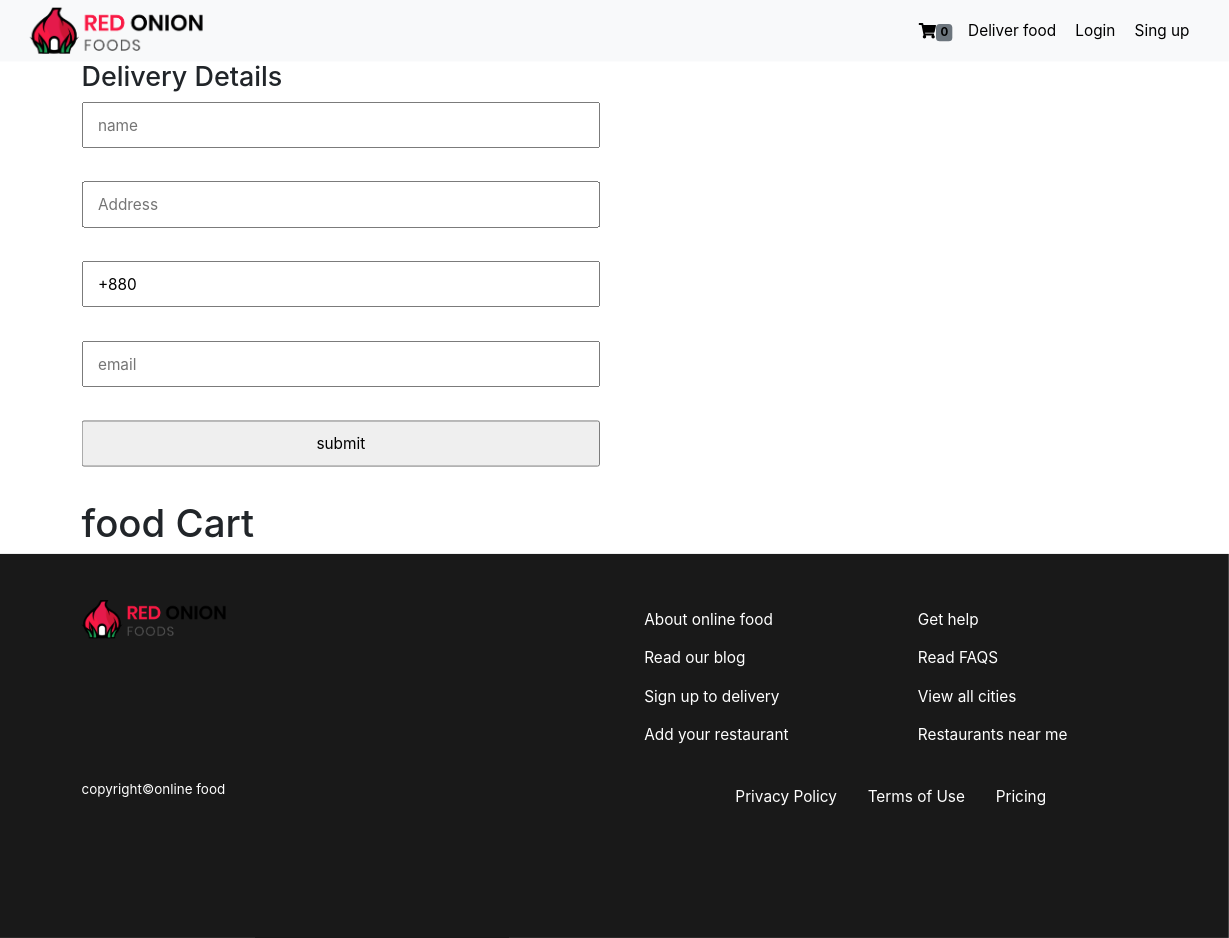
Repository: arif286/red-onion-client
Page: /cart
The author's editor kept a copy of each file at every save. The page is drawn from the files as they stood at one save, then again after the next save.
The browser window is 1280 px wide. The pictures show the whole page, at 96% of full size.
The project was rebuilt for these pictures with package versions that can differ from the ones it lists, and the page was loaded fresh each time. Some packages were replaced by stand-ins written for this rebuild. Also part of the build but not shown: src/App.css, src/components/SearchBar/SearchBar.css, src/components/SearchBar/SearchBar.js, src/components/FoodDetails/FoodDetail.css, src/components/FoodDetails/FoodDetail.js, src/components/DeliveryFood/DeliveryFood.js, src/components/Food/Food.css, src/components/Food/FoodItem.js and 9 more.

Above is the page before, as saved 2021-03-30 16:04:41.

### src/App.js
import "bootstrap/dist/css/bootstrap.min.css";
import React, { createContext, useState } from "react";
import { BrowserRouter as Router, Route, Switch } from "react-router-dom";
import './App.css';
import Cart from "./components/Cart/Cart";
import FoodDetail from "./components/FoodDetails/FoodDetail";
import Footer from "./components/Footer/Footer";
import Header from "./components/Header/Header";
import Home from './components/Home/Home';
import Login from "./components/LogIn/Login";
import SingUp from "./components/SingUp/SingUp";


export const UserContext = createContext();
function App() {
  const [loggedInUser, setLoggedInUser] = useState({});
  return (
    <UserContext.Provider value={[loggedInUser, setLoggedInUser]}>
      <Router>
        <Header />
        <Switch>
          <Route path="/home">
            <Home />
          </Route>
          <Route path="/signUp">
            <SingUp />
          </Route>
          <Route path="/login">
            <Login />
          </Route>
          <Route path="/food/details/:foodId">
            <FoodDetail />
          </Route>
          <Route path='/cart'>
            <Cart/>
          </Route>
          <Route exact path="/">
            <Home/>
          </Route>
        </Switch>
        <Footer />
      </Router>
    </UserContext.Provider>
  );

}

export default App;

### src/components/Cart/Cart.js
import React, { useContext } from 'react';
import { useForm } from 'react-hook-form';
import { UserContext } from '../../App';
import './Cart.css';
const Cart = () => {
    const [loggedInUser, setLoggedInUser] = useContext(UserContext);
    const { count, foodItem } = loggedInUser;

    const { register, handleSubmit, errors } = useForm();

    const onSubmit = (data) => {
        console.log(data)
    }
    return (
      <div className="container">
        <div className="row justify-content-between">
          <div className="col-md-6 col-sm-12">
            <h3>Delivery Details</h3>
            <form className='delivery-form' onSubmit={handleSubmit(onSubmit)}>
              <input
                type="text"
                name="name"
                placeholder="name"
                ref={register({
                  validate: (value) => (value.length = 0),
                  required: true,
                })}
              />
              {errors.name && <p>please write your name</p>}

              <input
                type="text"
                name="address"
                placeholder="Address"
                ref={register({
                  validate: (value) => (value.length = 0),
                  required: true,
                })}
              />
              {errors.address && <p>please write correct address</p>}
              <input
                type="phone"
                name="phone"
                placeholder="phone"
                defaultValue="+880"
                ref={register({
                  validate: (value) => value.length !== 14,
                  required: true,
                })}
              />
              {errors.phone && <p>please type a correct number</p>}
                <input
                 name = 'email'
                 type = "email"
                 placeholder = "email"
                 ref={register({
                  pattern: /^(([^<>()[\]\\.,;:\s@"]+(\.[^<>()[\]\\.,;:\s@"]+)*)|(".+"))@((\[[0-9]{1,3}\.[0-9]{1,3}\.[0-9]{1,3}\.[0-9]{1,3}\])|(([a-zA-Z\-0-9]+\.)+[a-zA-Z]{2,}))$/,
                  required: true,
                })}
              />
              {
                  errors.email && <p>Invalid Email</p>
              }
              <input type="submit" value="submit" />
            </form>
          </div>
          <div className="col-md-4 col-sm-12"></div>
        </div>
        <h1>food Cart</h1>
      </div>
    );
};

export default Cart;

### src/components/Footer/Footer.js
import React from 'react';
import { NavLink } from 'react-bootstrap';
import Logo from '../../onion-restaurent/logo2.png';
import './Footer.css';

const Footer = () => {
    return (
      <footer>
        <div className="container">
          <div className="row pt-5">
            <div className="col-md-6 col-sm-12 pb-4">
              <img className="footer-img" src={Logo} alt="" />
            </div>
            <div className="col-md-3 col-sm-12 pb-4">
              <ul className="nav flex-column">
                <li className="nav-item">
                  <NavLink
                    className="nav-link active footer-link"
                    aria-current="page"
                    to="/"
                  >
                    About online food
                  </NavLink>
                </li>
                <li className="nav-item">
                  <NavLink className="nav-link footer-link" to="/">
                    Read our blog
                  </NavLink>
                </li>
                <li className="nav-item">
                  <NavLink className="nav-link footer-link" to="/">
                    Sign up to delivery
                  </NavLink>
                </li>
                <li className="nav-item">
                  <NavLink className="nav-link footer-link" to="/">
                    Add your restaurant
                  </NavLink>
                </li>
              </ul>
            </div>
            <div className="col-md-3 col-sm-12 pb-4">
              <ul className="nav flex-column">
                <li className="nav-item">
                  <NavLink
                    className="nav-link footer-link"
                    aria-current="page"
                    to="/"
                  >
                    Get help
                  </NavLink>
                </li>
                <li className="nav-item">
                  <NavLink className="nav-link footer-link" to="/">
                    Read FAQS
                  </NavLink>
                </li>
                <li className="nav-item">
                  <NavLink className="nav-link footer-link" to="/">
                    View all cities
                  </NavLink>
                </li>
                <li className="nav-item">
                  <NavLink className="nav-link footer-link" to="/">
                    Restaurants near me
                  </NavLink>
                </li>
              </ul>
            </div>
          </div>

          <div className="row">
            <div className="col-md-7">
              <p className='copy-right'>
                <small>
                  copyright<span>&#169;</span>online food
                </small>
              </p>
            </div>
            <div className="col-md-5">
              <div className='d-flex'>
                <NavLink className="footer-link">Privacy Policy</NavLink>
                <NavLink className="footer-link">Terms of Use</NavLink>
                <NavLink className="footer-link">Pricing</NavLink>
              </div>
            </div>
          </div>
        </div>
      </footer>
    );
};

export default Footer;

### src/components/Header/Header.js
import { faShoppingCart } from "@fortawesome/free-solid-svg-icons";
import { FontAwesomeIcon } from "@fortawesome/react-fontawesome";
import React from 'react';
import { NavLink } from "react-router-dom";
import logo from '../../onion-restaurent/logo2.png';
import './Header.css';
const cart = <FontAwesomeIcon icon={faShoppingCart} />;
const Header = () => {
    const header = {
        logo : {width: '180px'}
    }
    return (
      <div>
        <nav className="navbar navbar-expand-lg navbar-light bg-light">
          <div className="container-fluid">
            <div>
              <img style={header.logo} src={logo} alt="" />
            </div>
            <button
              className="navbar-toggler"
              type="button"
              data-bs-toggle="collapse"
              data-bs-target="#navbarNav"
              aria-controls="navbarNav"
              aria-expanded="false"
              aria-label="Toggle navigation"
            >
              <span className="navbar-toggler-icon"></span>
            </button>
            <div
              className="collapse  navbar-collapse justify-content-end"
              id="navbarNav"
            >
              <ul className="navbar-nav align-items-center">
                <li className="nav-item">
                  <button className=" cart-btn" to="/">
                    {cart}
                    <small className="badge bg-secondary">0</small>
                  </button>
                </li>
                <li className="nav-item">
                  <NavLink className="header-link" to="/cart">
                    Deliver food
                  </NavLink>
                </li>
                <li className="nav-item">
                  <NavLink className="header-link" to="/login">
                    Login
                  </NavLink>
                </li>
                <li className="nav-item">
                  <NavLink className="header-link" to="/signUp">
                    Sing up
                  </NavLink>
                </li>
              </ul>
            </div>
          </div>
        </nav>
      </div>
    );
};

export default Header;

### src/components/Cart/Cart.css
.delivery-form input {
  width: 100%;
  padding: 10px 15px;
  box-sizing: border-box;
  margin-bottom: 35px;
}
.delivery-form:first-child input {
  margin-top: 20px;
}

### src/components/Footer/Footer.css
.footer-img {
  width: 150px;
}
footer {
  background-color: #191919;
  height: 400px;
}
.footer-link {
  color: white;
}
.footer-link:hover {
  color: #878787;
}
.copy-right {
  color: white;
}

### src/components/Header/Header.css
.header-link {
  color: black;
  display: inline-block;
  padding: 10px;
}
.header-link:hover {
  text-decoration: none;
  color: #777777;
}
.cart-btn {
  border: none;
  background: none;
}

Loaded but not shown: public/index.html (common file); src/index.js (common file); src/index.css (common file); src/reportWebVitals.js (common file)

After the next save:
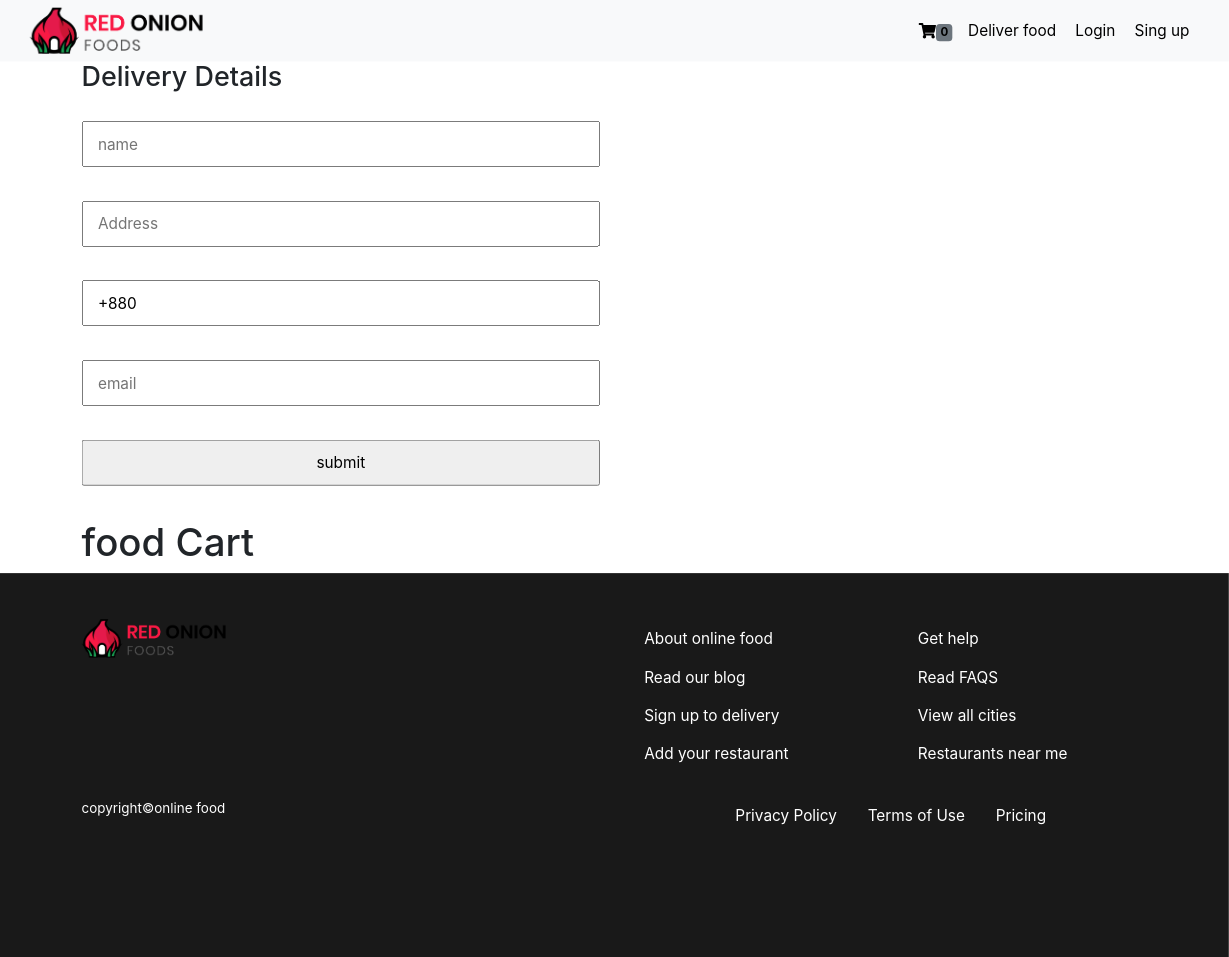
Saved 11 s later.
--- a/src/components/Cart/Cart.css
+++ b/src/components/Cart/Cart.css
@@ -4,6 +4,6 @@
   box-sizing: border-box;
   margin-bottom: 35px;
 }
-.delivery-form:first-child input {
+.delivery-form input:first-child {
   margin-top: 20px;
 }
